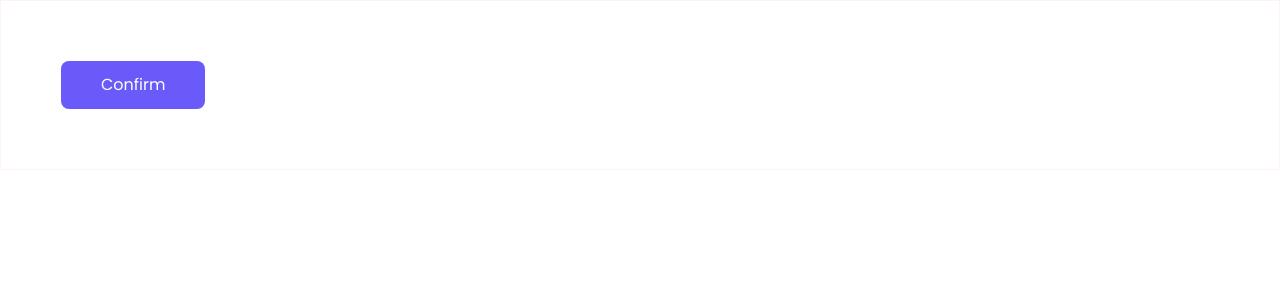
Repository: quangbeuu/Tailwind_learn
Page: Tailwind/index.html
These files come from the project's save history. The page is drawn as it stood at one moment and after the next save; the edit follows.
The browser window is 1280 px wide. The pictures show the whole page.

Above is the page before, as saved 2022-01-25 09:13:44.

After the next save:
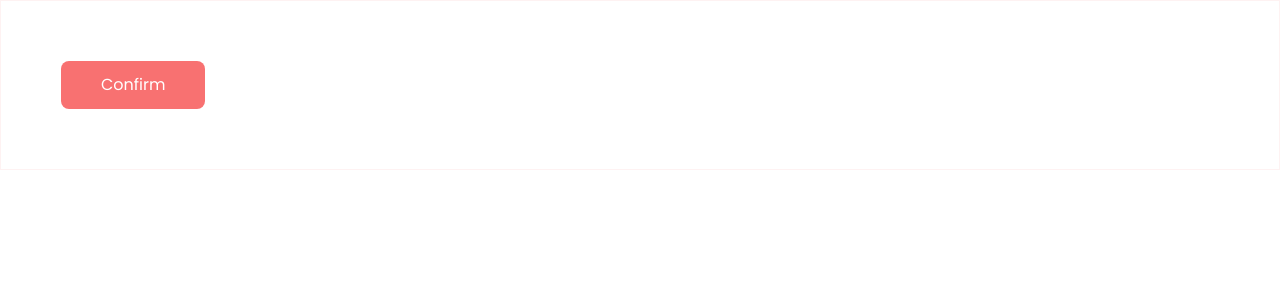
Saved 6 s later.
--- a/Tailwind/index.html
+++ b/Tailwind/index.html
@@ -45,7 +45,7 @@
     </div> -->
     <!-- VD2: -->
     <div class="group p-10 border border-red-50">
-        <button class="inline-block py-3 px-10 m-5 text-white bg-[#6A5AF9] lg:hover:bg-red-400 transition-colors rounded-lg">Confirm</button>
+        <button class="inline-block py-3 px-10 m-5 text-white bg-[#6A5AF9] lg:group-hover:bg-red-400 transition-colors rounded-lg">Confirm</button>
     </div>
 </body>
 </html>
